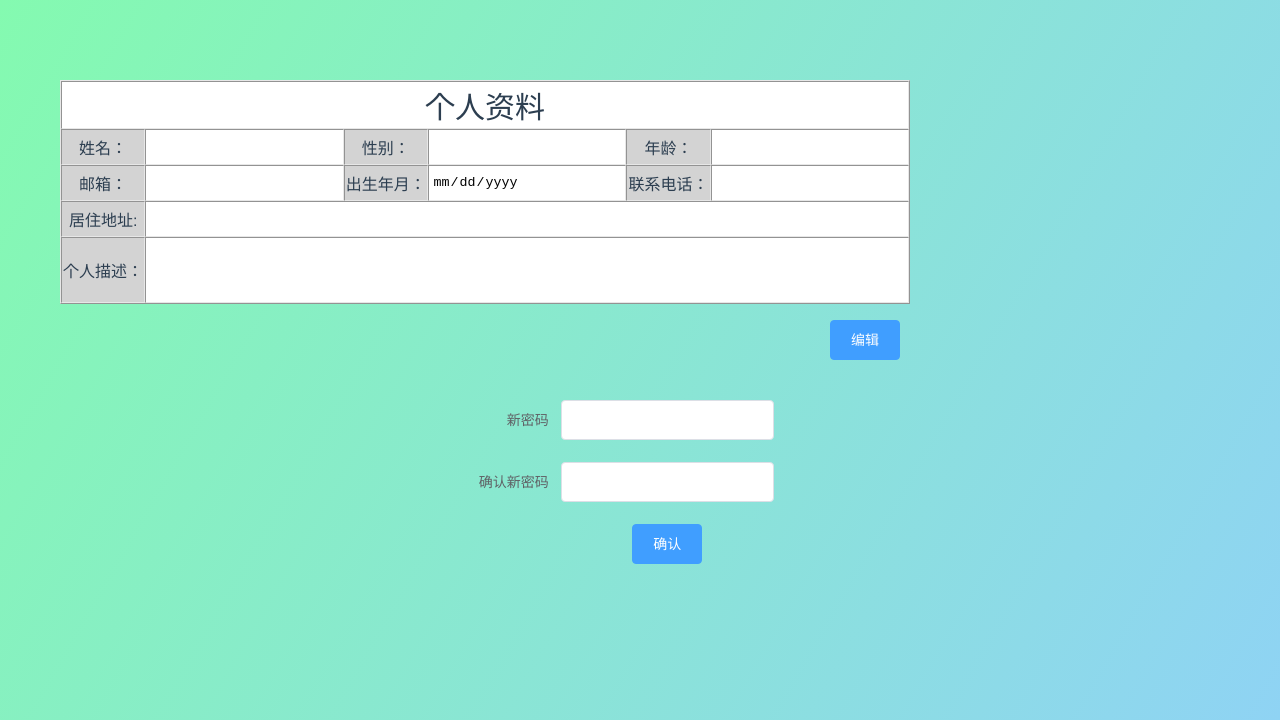
Repository: Akron-xz/helloVue
Page: /#/modifymsg (app in vue-library/)
An editor plug-in stored every save of this project. The page is shown before and after the next save, followed by the edit.
The browser window is 1280 px wide. The pictures show the whole page.
The project was rebuilt for these pictures with package versions that can differ from the ones it lists, and the page was loaded fresh each time. Also part of the build but not shown: vue-library/src/components/homeNav.vue, vue-library/src/views/Home.vue.

Above is the page before, as saved 2020-11-24 23:19:05.

After the next save:
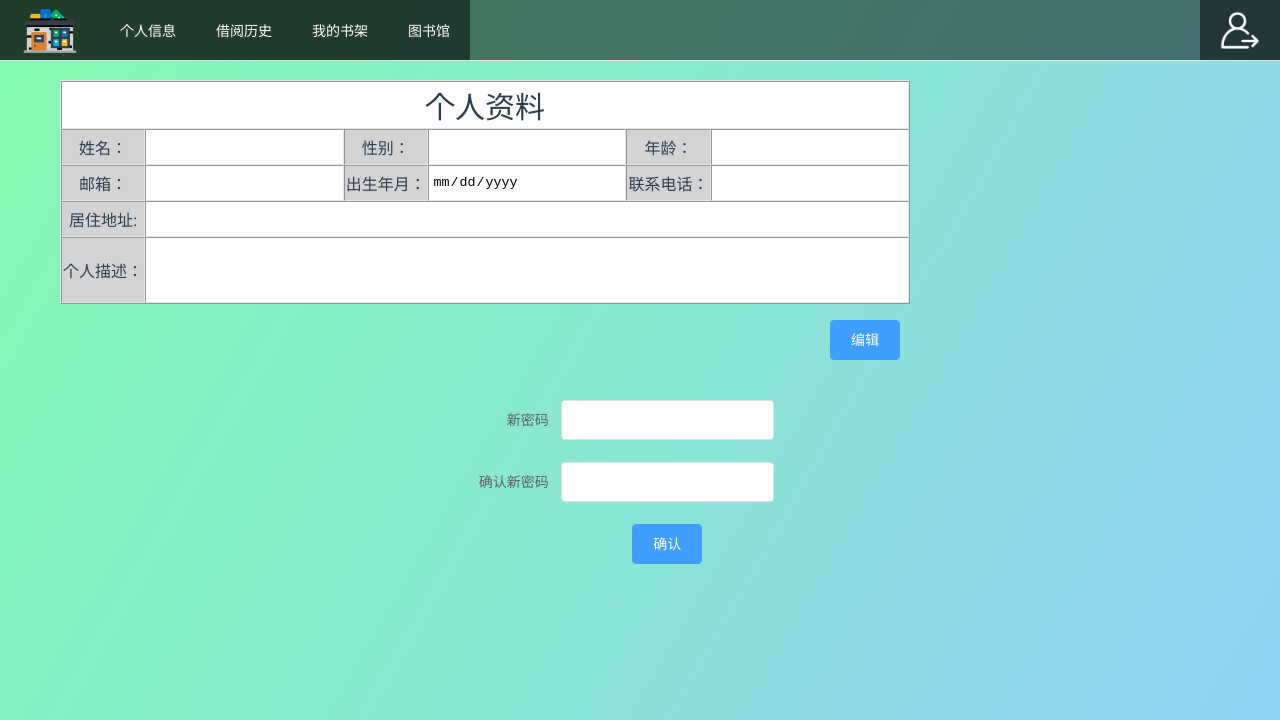
Saved 14 s later.
--- a/vue-library/src/views/ModifyMsg.vue
+++ b/vue-library/src/views/ModifyMsg.vue
@@ -1,5 +1,6 @@
 <template>
   <div class="table-container">
+    <userNavigation></userNavigation>
     <table
       border="1"
       cellspacing="0"
